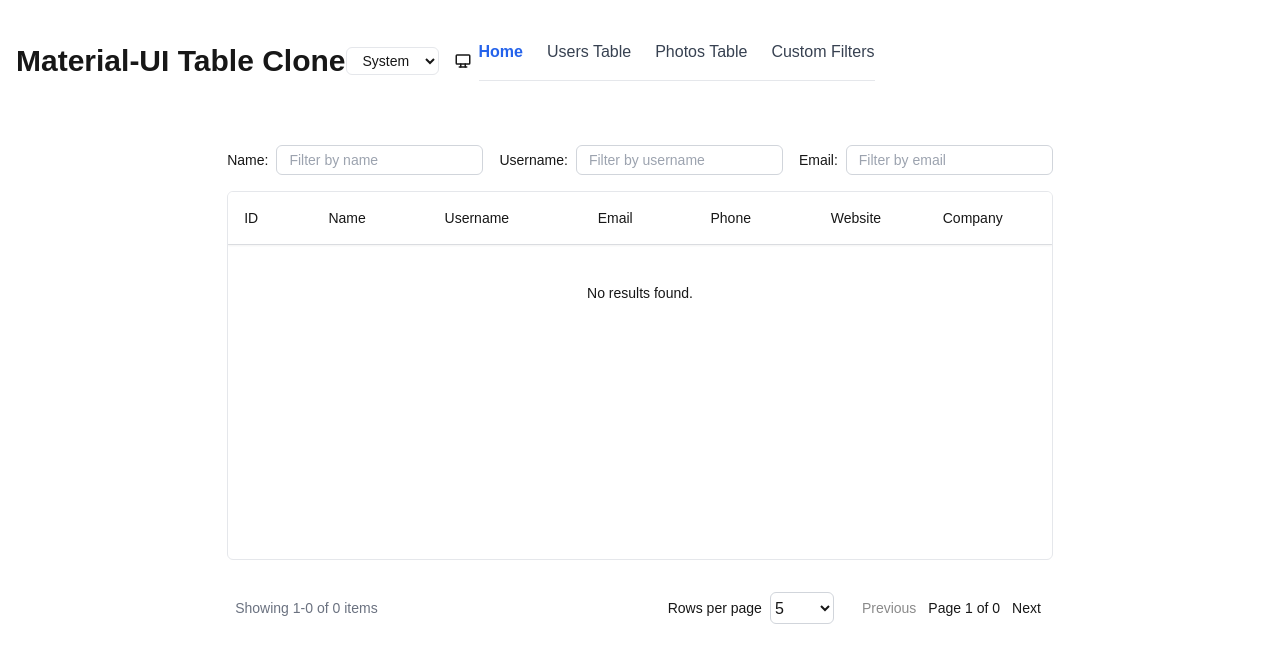
Repository: Dvirco1234/mini-mui-table
Page: /
These files come from the project's save history. The page is drawn as it stood at one moment and after the next save; the edit follows.
The browser window is 1280 px wide. The pictures show the whole page.
The page's requests for data from a server got no answer. The project was rebuilt for these pictures with package versions that can differ from the ones it lists, and the page was loaded fresh each time. The framework's server and built-in components were replaced by stand-ins that run in the browser. No one was signed in, and anything a server would have sent is missing. Also part of the build but not shown: next.config.ts.

Above is the page before, as saved 2025-03-03 22:02:03.

After the next save:
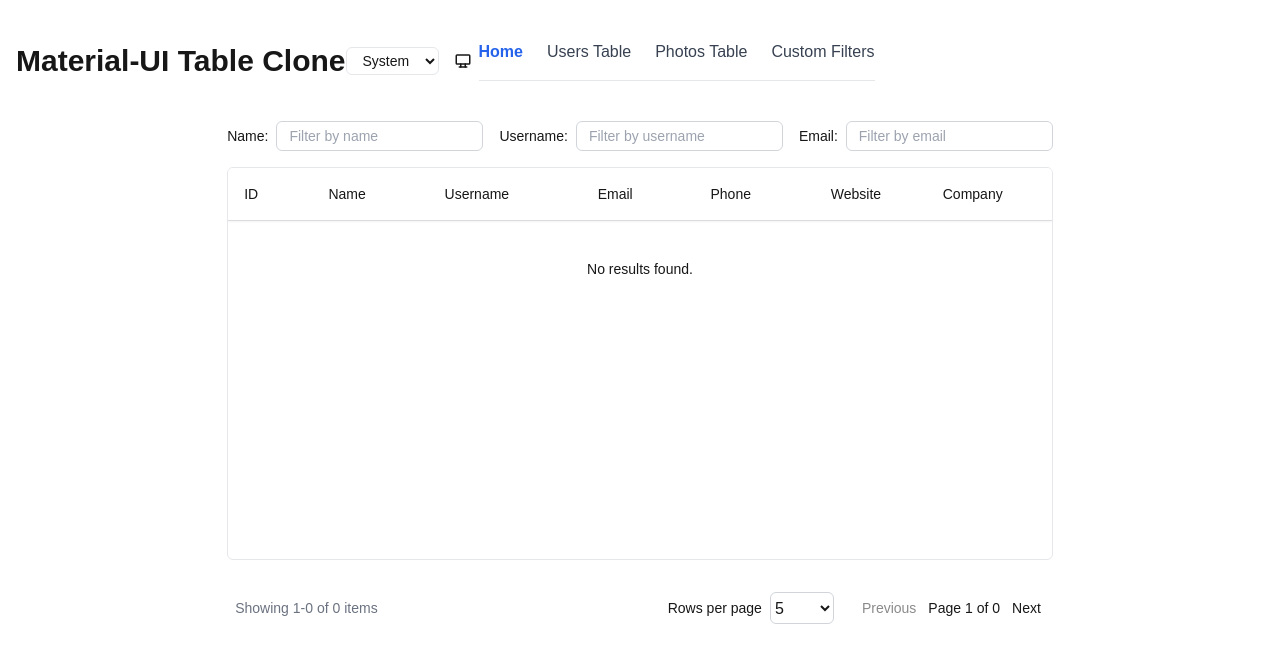
Saved 26 s later.
--- a/src/components/layout/Navigation.tsx
+++ b/src/components/layout/Navigation.tsx
@@ -16,12 +16,12 @@ export function Navigation() {
 
   return (
     <div className="w-full flex">
-      <div className="flex justify-between items-center mb-6">
+      <div className="flex justify-between items-center ">
         <h1 className="text-3xl font-bold">Material-UI Table Clone</h1>
         <ThemeToggle />
       </div>
 
-      <nav className="border-b pb-4 mb-6">
+      <nav className="border-b pb-4 ">
         <ul className="flex flex-wrap gap-6">
           {navItems.map((item) => (
             <li key={item.path}>
